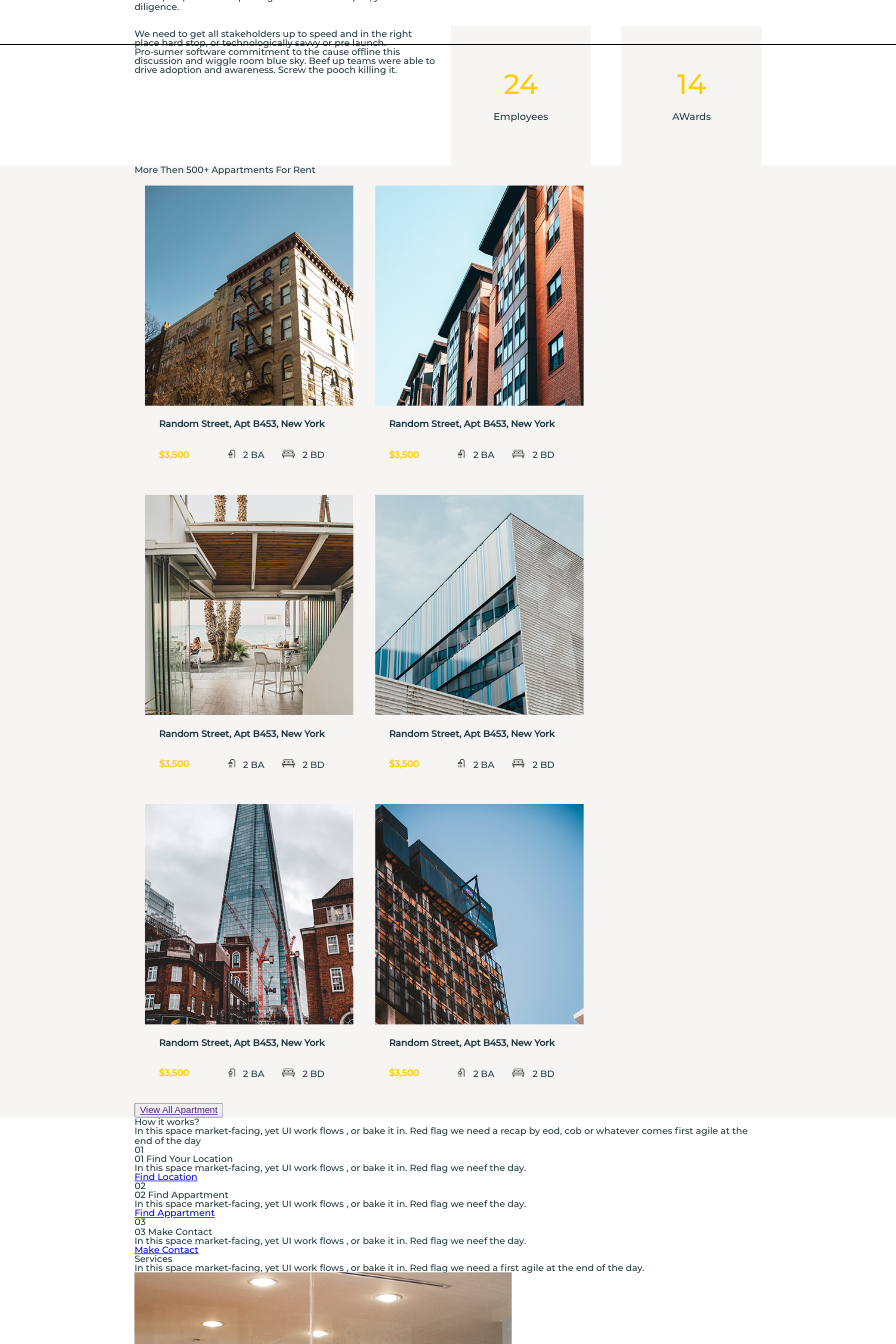
Repository: DuckMan19/Luxestate
Page: index.html
An editor plug-in stored every save of this project. The page is shown before and after the next save, followed by the edit.
The browser window is 1280 px wide. The pictures show the part of the page from y = 301 to 2221 px (the page is 6967 px tall before and 8518 px after), at 70% of full size.

Above is the page before, as saved 2023-03-30 21:07:56.

After the next save:
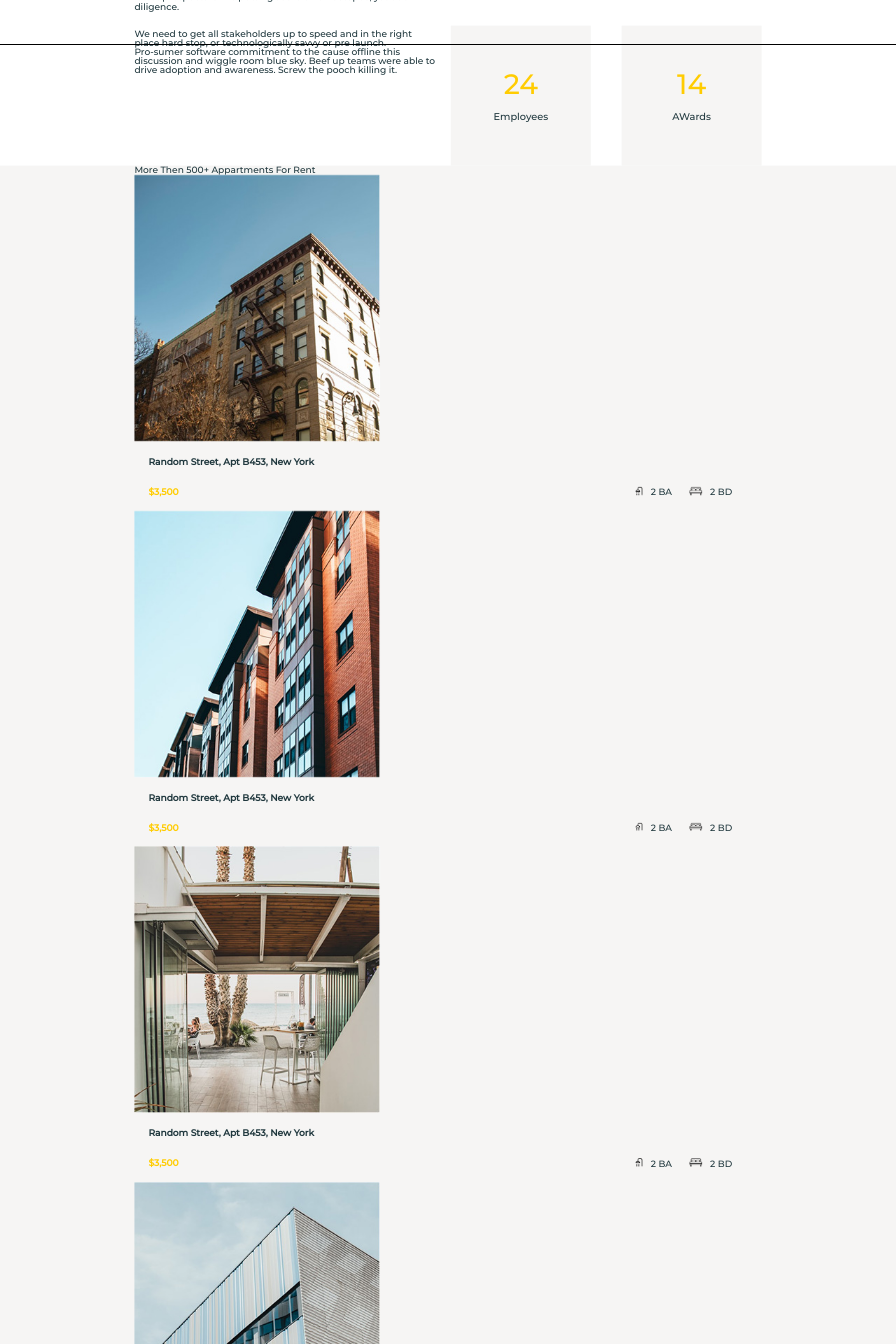
Saved 41 s later.
--- a/index.html
+++ b/index.html
@@ -115,7 +115,7 @@
           <div class="textbox">
             <h2 class="heading">More Then 500+ Appartments For Rent</h2>
           </div>
-          <div class="app_list">
+          <div class="app__list">
             <div class="item">
               <div class="item__img">
                 <a href="#"
